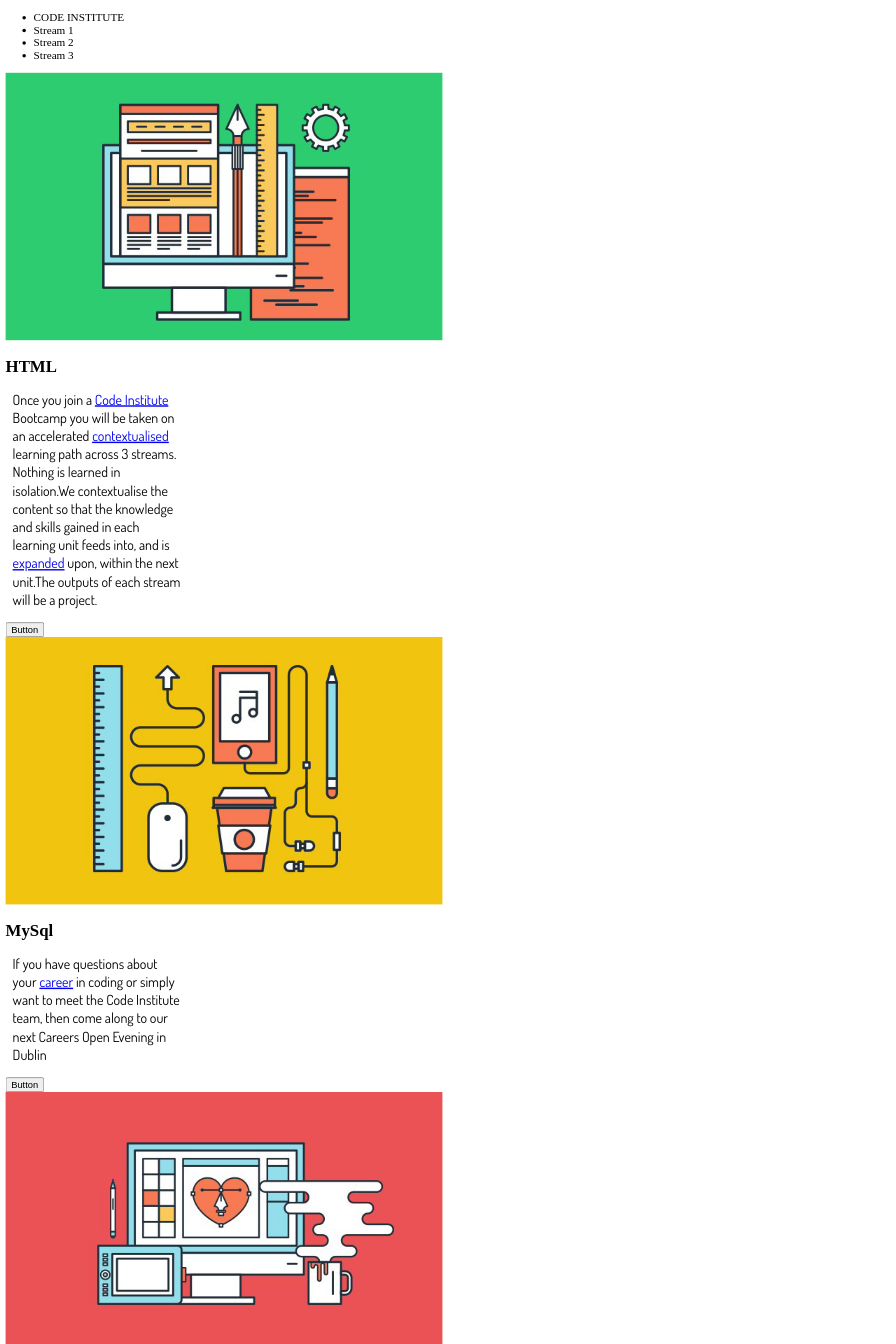
Repository: rory81/jquery
Page: traversing.html
The author's editor kept a record of every edit. The page is drawn from the files as they stood at one moment, then again after the next edit.
The browser window is 1280 px wide. The pictures show the part of the page from y = 0 to 1920 px (the page is 4537 px tall before and 4573 px after), at 70% of full size.
Some web libraries are served in a nearby version.

Above is the page before.

After the next edit:
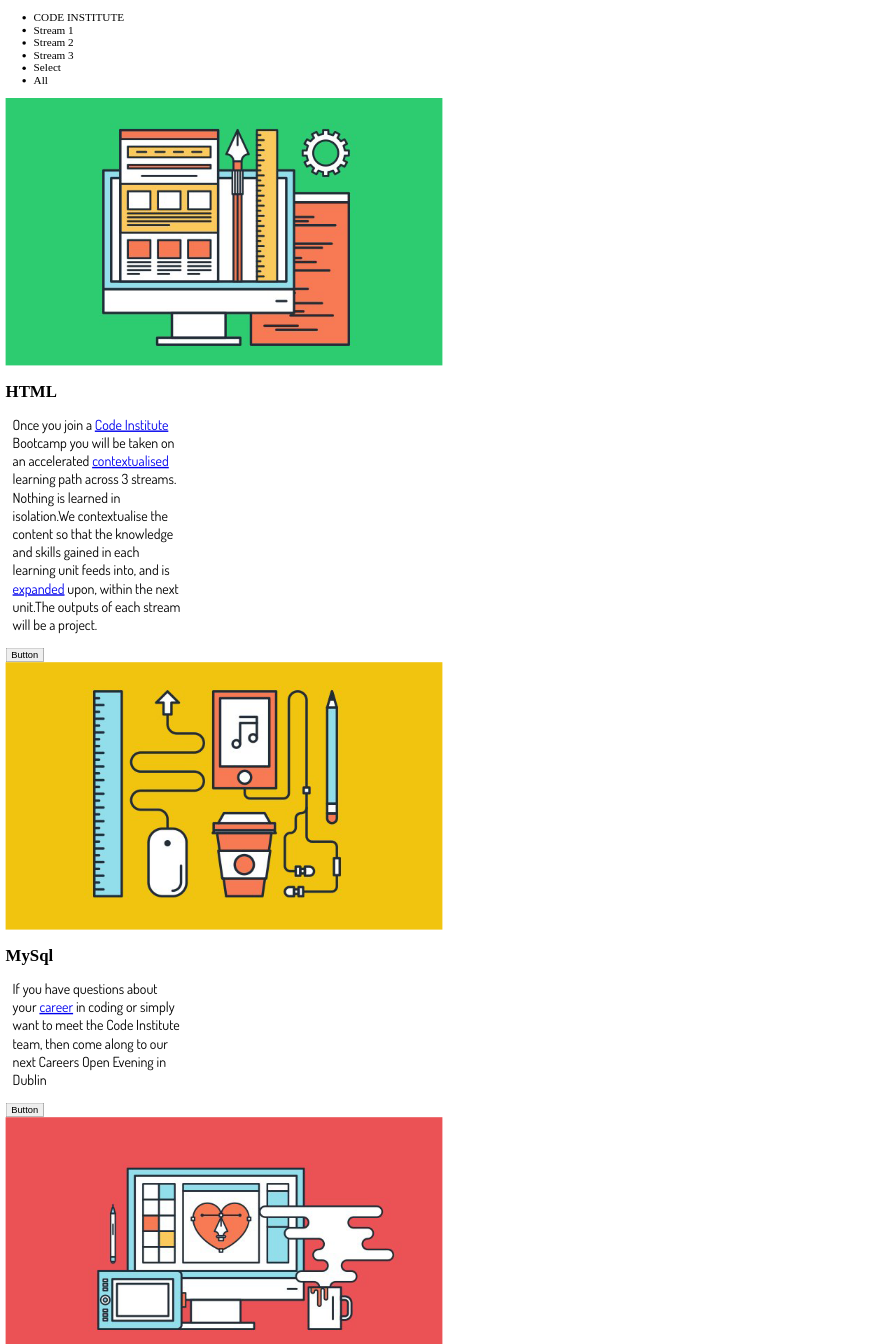
The edit:
--- a/traversing.html
+++ b/traversing.html
@@ -13,9 +13,11 @@
 		<nav>
 			<ul>
 				<li id="logoNav">CODE INSTITUTE</li>
-				<li id="stream1_btn">Stream 1</li>
-				<li id="stream2_btn">Stream 2</li>
-				<li id="stream3_btn">Stream 3</li>
+				<li id="stream1">Stream 1</li>
+				<li id="stream2">Stream 2</li>
+				<li id="stream3">Stream 3</li>
+				<li id="select">Select</li>
+				<li id="all">All</li>
 			</ul>
 		</nav>
 		<div class="card stream1 card_white">
